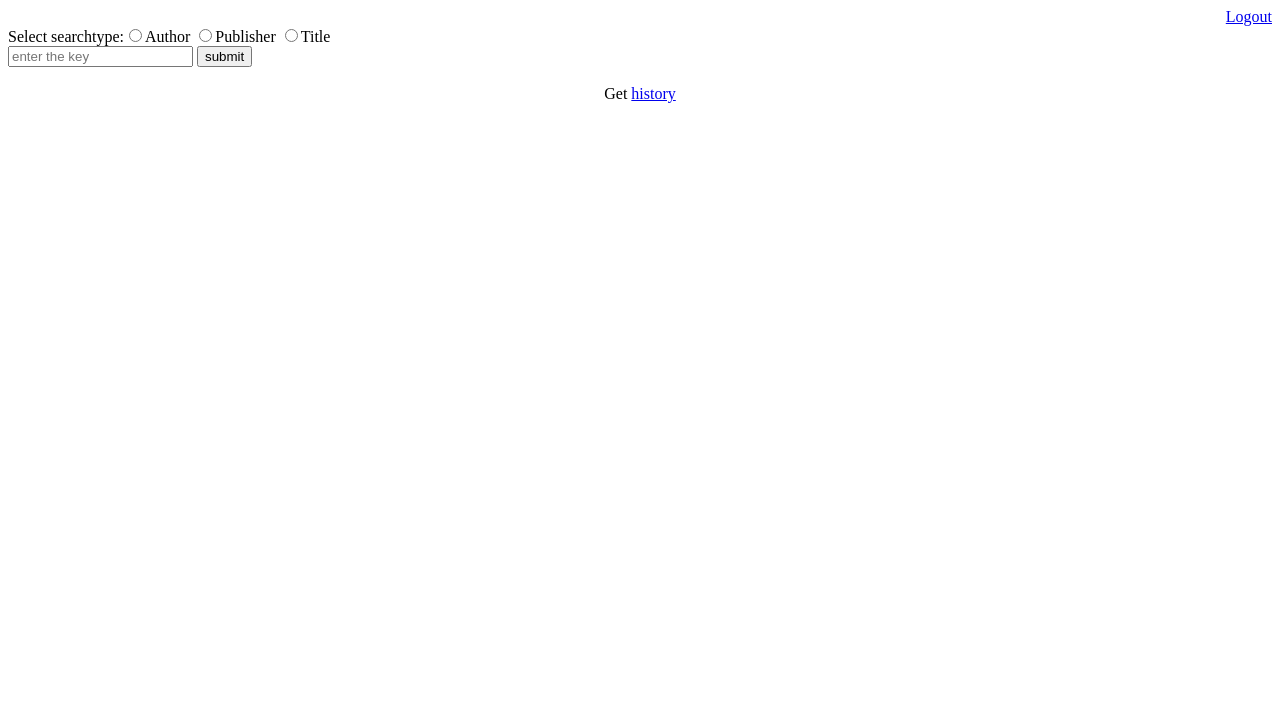
Repository: prashantvadlamani/Library-Management-System
Page: http://localhost/project/user.jsp
These files come from the project's save history. The page is drawn as it stood at one moment and after the next save; the edit follows.
The browser window is 1280 px wide. The pictures show the whole page.
The page is served by Tomcat 9.

Above is the page before, as saved 2018-08-23 04:32:51.

After the next save:
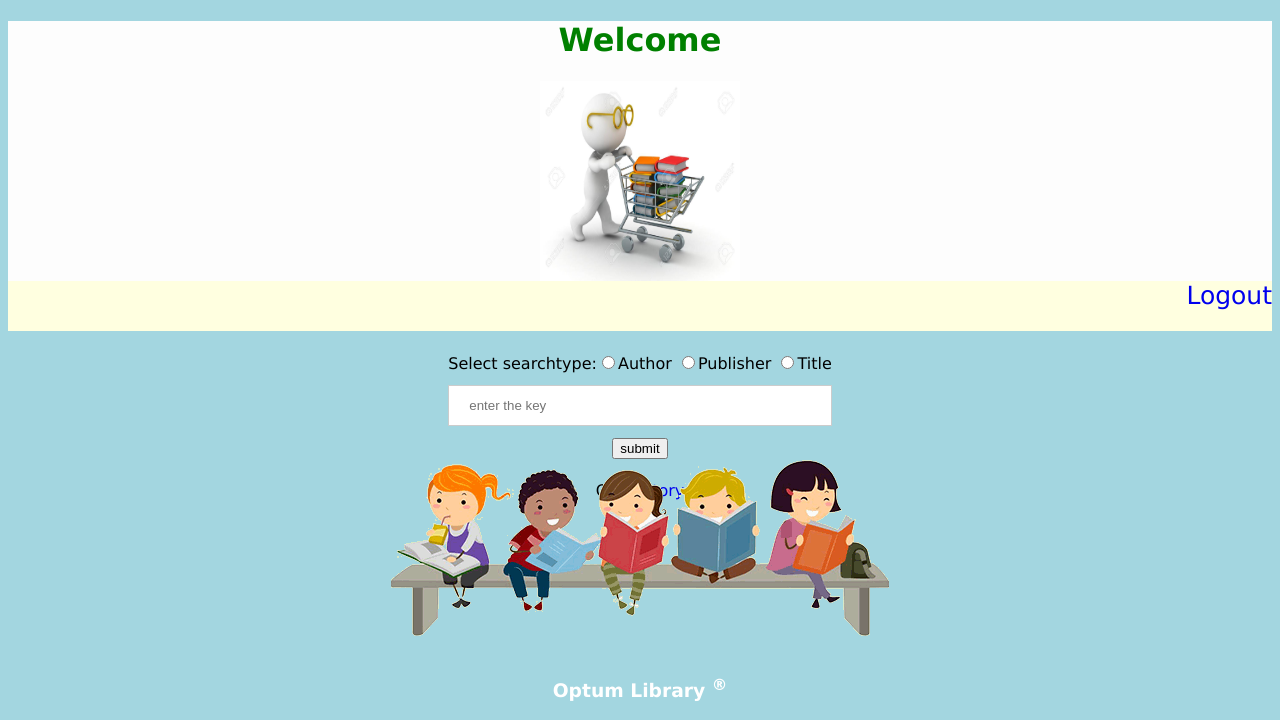
Saved 96 s later.
--- a/project/WebContent/user.jsp
+++ b/project/WebContent/user.jsp
@@ -8,25 +8,80 @@
 
 <title>Insert title here</title>
 <style>
-
+	img{
+		width:200px;
+		height: 200px;
+	}
+	.center {
+    display: block;
+    margin-left: auto;
+    margin-right: auto;
+	}
+	h1{
+		text-align:center;
+		color: green;
+	}
+	body{
+		background-color: #a3d6e0;
+		font-family: Verdana;
+	}
+	a{
+		text-decoration: none;
+	}
+	input[type=text] {
+    	width: 100%;
+    	padding: 12px 20px;
+    	margin: 8px 0;
+    	display: inline-block;
+    	border: 1px solid #ccc;
+   		box-sizing: border-box;
+	}
+	a:HOVER {
+	color: olive;
+}
+footer{
+		margin-bottom: 0px;
+		position: fixed;
+    left: 0;
+    bottom: 0;
+    width: 100%;
+    color: white;
+    text-align: center;
+	}
+footer img{
+	width: auto;
+	height: auto;
+}
 </style>
 </head>
 <body>
-	<div style="text-align:right;"><a href="logout" >Logout</a></div>
-	<form method="POST" action="userServlet">
-		Select searchtype:<input type="radio" name="stype" value="author">Author
-		<input type="radio" name="stype" value="publisher">Publisher
-		<input type="radio" name="stype" value="title">Title
-		<br>
-		<input type="text" name="search" placeholder="enter the key">
-		<input type="submit" value="submit">
-	</form>
-
+	<header style="background-color:#fdfdfd;">
+	   <h1>Welcome</h1>
+	   <span><img src="images/userlogo.jpg" class="center"></img></span>
+  </header>
+	<div style="text-align:right;background-color: lightyellow;height: 50px;font-size: 25px;"><a href="logout" >Logout</a></div>
+	<table align="center">
+		<tr>
+		<form method="POST" action="userServlet">
+			<td>Select searchtype:<input type="radio" name="stype" value="author">Author
+			<input type="radio" name="stype" value="publisher">Publisher
+			<input type="radio" name="stype" value="title">Title</td>
+			<br>
+		</tr>
+		<tr>
+			<td><input type="text" name="search" placeholder="enter the key"></td>
+		</tr>
+		<tr>
+		<td style="text-align: center;">
+			<input type="submit" value="submit">
+		</td></tr>
+			</form>
+	</table>
 	<br>
 	<div style="text-align:center;">Get <a href="history" >history</a></div>
-
-
-
-
+	<footer>
+		<img src="images/footer_kids3.jpg"></img>
+		<h3>Optum Library <sup>&reg;</sup></h3>
+	</footer>
 </body>
 </html>
